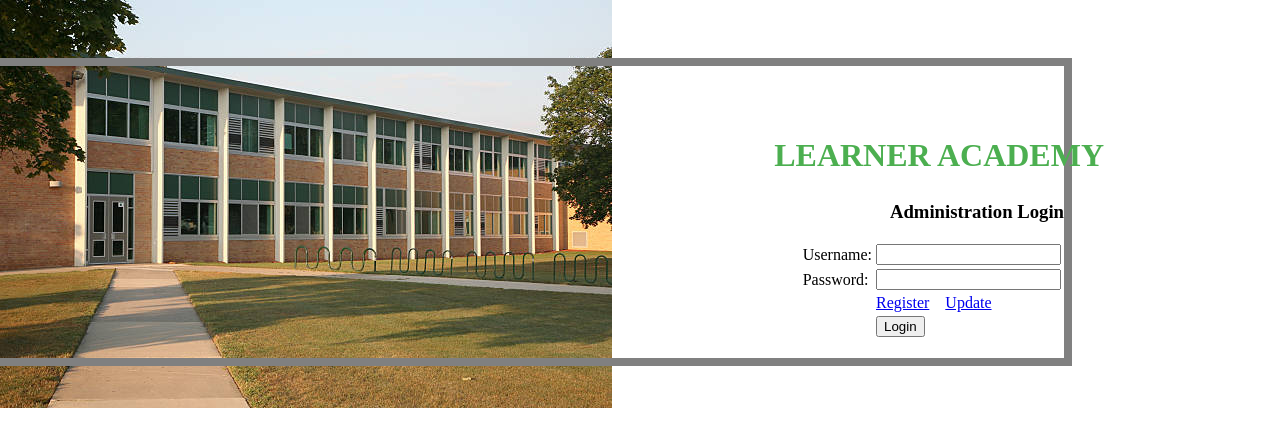
Repository: priyankagit8692/Phase_2_SimpliLearn-
Page: http://localhost/LearnerAcademyProject/AdminLogin.jsp
The author's editor kept a copy of each file at every save. The page is drawn from the files as they stood at one save, then again after the next save.
The browser window is 1280 px wide. The pictures show the whole page.
The page is served by Tomcat 9.

Above is the page before, as saved 2021-03-20 15:07:23.

After the next save:
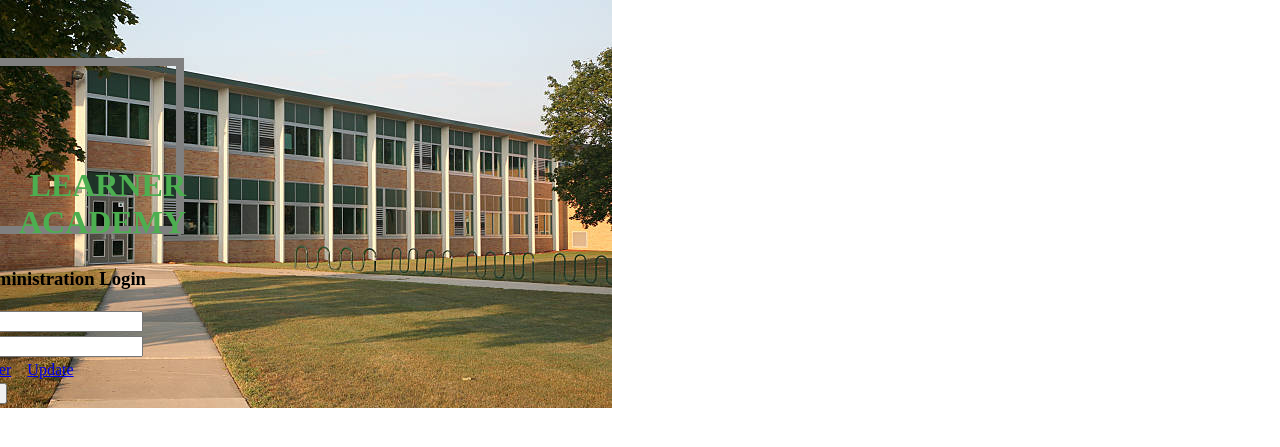
Saved 2 min 22 s later.
--- a/FinalProjectPhase2/LearnerAcademyProject/WebContent/AdminLogin.jsp
+++ b/FinalProjectPhase2/LearnerAcademyProject/WebContent/AdminLogin.jsp
@@ -18,6 +18,10 @@ div {
   border: 8px solid gray;
   height: 95%;
   transform: translate(-200px,50px);
+  width: 300px;
+  height: 100px;
+  padding: 30px;
+
 }
 h1{
   transform: translate(40px,50px);
